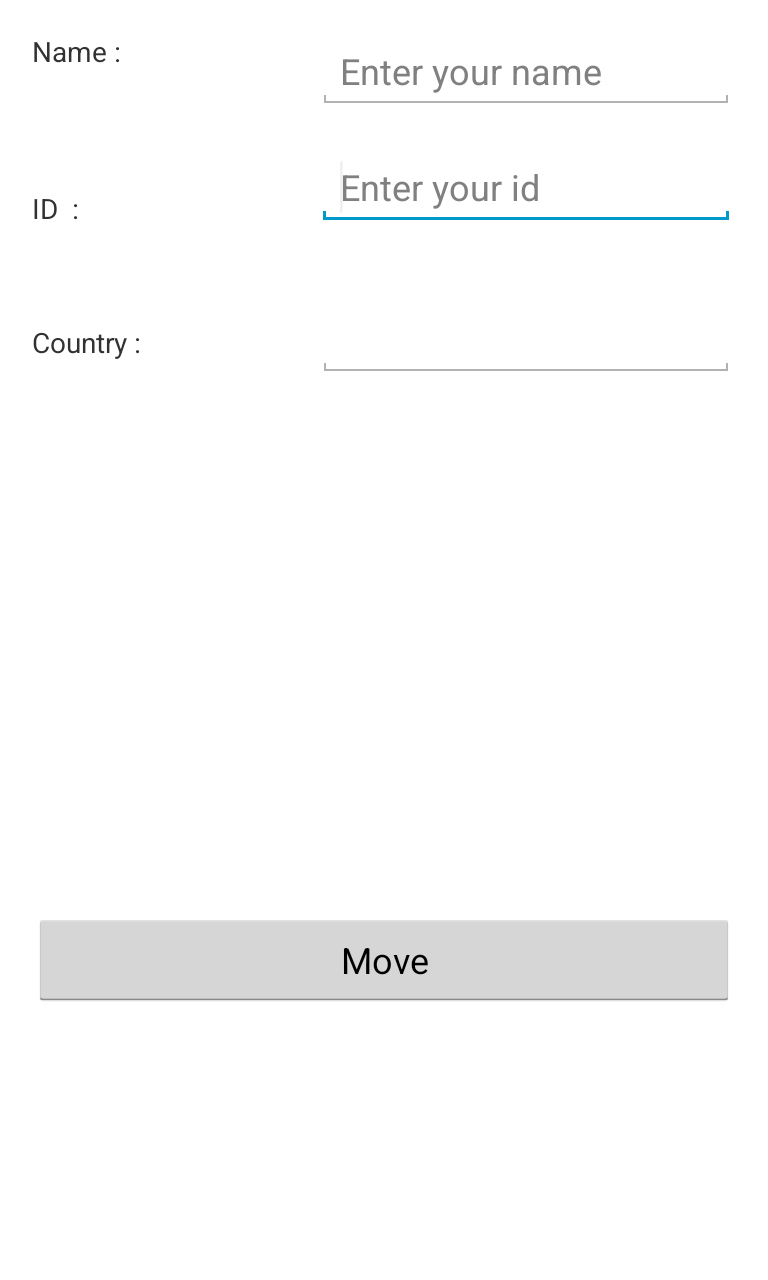
Repository: suzauddola/Android_Apps
Layout: Source/bundle/bandle/res/layout/first.xml
The author's editor kept a copy of each file at every save. The layout is drawn from the files as they stood at one save, then again after the next save.
It is drawn on a 768 x 1280 px phone screen (xhdpi) without system bars, with theme AppTheme; the app's code is not run.

Above is the layout before, as saved 2013-09-05 02:12:38.

### Source/bundle/bandle/res/layout/first.xml
<RelativeLayout xmlns:android="http://schemas.android.com/apk/res/android"
    xmlns:tools="http://schemas.android.com/tools"
    android:layout_width="match_parent"
    android:layout_height="match_parent"
    android:paddingBottom="@dimen/activity_vertical_margin"
    android:paddingLeft="@dimen/activity_horizontal_margin"
    android:paddingRight="@dimen/activity_horizontal_margin"
    android:paddingTop="@dimen/activity_vertical_margin"
    tools:context=".Main" >

    <TextView
        android:id="@+id/name"
        android:layout_width="wrap_content"
        android:layout_height="wrap_content"
        android:text="Name :    " />

    <EditText
        android:id="@+id/name1"
        android:layout_width="wrap_content"
        android:layout_height="wrap_content"
        android:layout_alignParentRight="true"
        android:layout_alignTop="@+id/name"
        android:ems="10"
        android:hint="Enter your name"/>

    <TextView
        android:id="@+id/tvID"
        android:layout_width="wrap_content"
        android:layout_height="wrap_content"
        android:layout_alignLeft="@+id/name"
        android:layout_below="@+id/name1"
        android:layout_marginTop="39dp"
        android:text="ID  : " />

    <EditText
        android:id="@+id/etID"
        android:layout_width="wrap_content"
        android:layout_height="wrap_content"
        android:layout_alignBottom="@+id/tvID"
        android:layout_alignLeft="@+id/name1"
        android:ems="10"
        android:hint="Enter your id">

        <requestFocus />
    </EditText>

    <Button
        android:id="@+id/button1"
        android:layout_width="fill_parent"
        android:layout_height="wrap_content"
        android:layout_alignLeft="@+id/tvID"
        android:layout_alignParentBottom="true"
        android:layout_marginBottom="120dp"
        android:text="Move" />

    <TextView
        android:id="@+id/tvCountry"
        android:layout_width="wrap_content"
        android:layout_height="wrap_content"
        android:layout_alignParentLeft="true"
        android:layout_below="@+id/tvID"
        android:layout_marginTop="48dp"
        android:text="Country : " />

    <EditText
        android:id="@+id/etCountry"
        android:layout_width="wrap_content"
        android:layout_height="wrap_content"
        android:layout_alignBaseline="@+id/tvCountry"
        android:layout_alignBottom="@+id/tvCountry"
        android:layout_alignLeft="@+id/etID"
        android:ems="10" />

</RelativeLayout>

Loaded but not shown: Source/bundle/bandle/res/values/styles.xml (common file); Source/bundle/bandle/res/values-v11/styles.xml (common file); Source/bundle/bandle/res/values-v14/styles.xml (common file); Source/bundle/bandle/res/values/dimens.xml (common file)

After the next save:
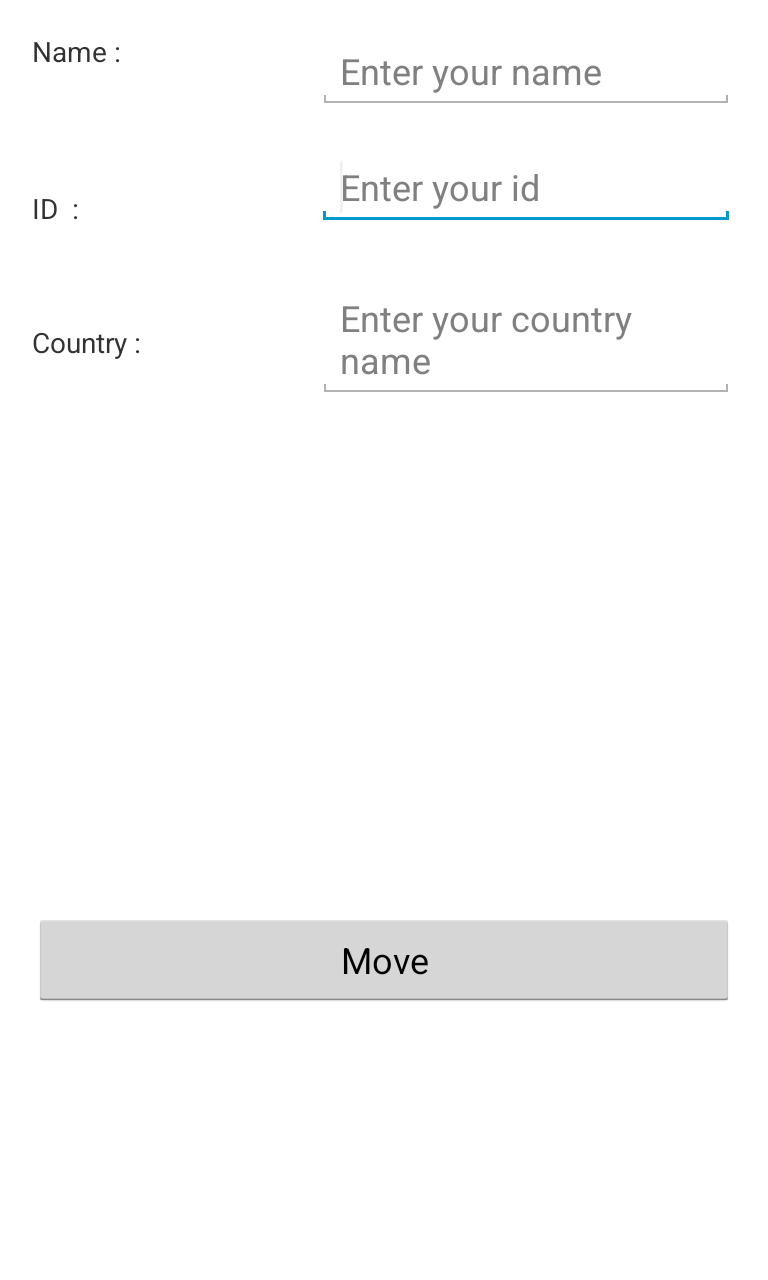
Saved 24 s later.
--- a/Source/bundle/bandle/res/layout/first.xml
+++ b/Source/bundle/bandle/res/layout/first.xml
@@ -69,6 +69,7 @@
         android:layout_alignBaseline="@+id/tvCountry"
         android:layout_alignBottom="@+id/tvCountry"
         android:layout_alignLeft="@+id/etID"
-        android:ems="10" />
+        android:ems="10"
+        android:hint="Enter your country name"/>
 
 </RelativeLayout>
